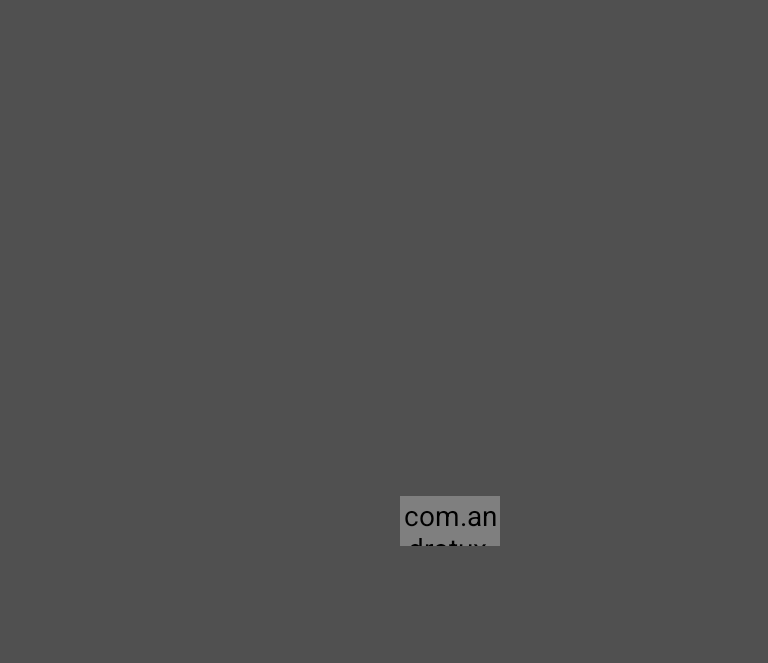
Repository: itayrom/androtux
Layout: app/AndroTux/res/layout/fragment_gamepad.xml
The author's editor kept a copy of each file at every save. The layout is drawn from the files as they stood at one save, then again after the next save.
The pictures show rows 617 to 1280 of an output 1280 px tall.
Pictures or frames that could not be fetched are drawn as grey boxes. It is drawn on a 768 x 1280 px phone screen (xhdpi) without system bars, with theme android:Theme.NoTitleBar.Fullscreen; the app's code is not run.

Above is the layout before, as saved 2014-09-09 13:48:28.

### app/AndroTux/res/layout/fragment_gamepad.xml
<LinearLayout xmlns:android="http://schemas.android.com/apk/res/android"
    xmlns:app="http://schemas.android.com/apk/res/com.androtux"
    android:layout_width="fill_parent"
    android:layout_height="fill_parent"
    android:background="#505050"
    android:baselineAligned="false"
    android:orientation="vertical">

    <LinearLayout
        android:layout_weight="0.15"
        android:layout_width="wrap_content"
        android:layout_height="wrap_content"
        android:orientation="horizontal">

        <com.androtux.ToggleButton
        android:id="@+id/tbWheel"
        android:layout_width="50dp"
        android:layout_height="50dp"
        app:offColor="#ff0000"
        app:onColor="#00ff00" />

    </LinearLayout>

    <LinearLayout
        android:layout_weight="0.70"
        android:layout_width="wrap_content"
        android:layout_height="wrap_content"
        android:orientation="horizontal">

	        <LinearLayout
	        android:layout_weight="0.30"
	        android:layout_width="0dp"
	        android:layout_height="wrap_content"
	        android:orientation="horizontal">

		        <com.androtux.TouchJoystick
		        android:id="@+id/touchJoystick1"
		        android:layout_width="200dp"
		        android:layout_height="200dp" />

	        </LinearLayout>

	        <LinearLayout
	        android:layout_weight="0.20"
	        android:layout_width="0dp"
	        android:layout_height="match_parent"
	        android:gravity="bottom"
	        android:orientation="horizontal">

	             <com.androtux.TouchKey
			        android:id="@+id/touchKey2"
			        android:layout_width="50dp"
			        android:layout_height="25dp"
			        android:layout_marginRight="16dp"
			        android:text="Select"
			        app:keycode="314"
			        app:keytype="g" />

            </LinearLayout>

	        <LinearLayout
	        android:layout_weight="0.50"
	        android:layout_width="0dp"
	        android:layout_height="wrap_content"
	        android:orientation="horizontal">

            </LinearLayout>

    </LinearLayout>

    <LinearLayout
        android:layout_weight="0.15"
        android:layout_width="wrap_content"
        android:layout_height="wrap_content"
        android:orientation="horizontal">

    </LinearLayout>
</LinearLayout>
<!--
<RelativeLayout xmlns:android="http://schemas.android.com/apk/res/android"
    xmlns:app="http://schemas.android.com/apk/res/com.androtux"
    android:layout_width="fill_parent"
    android:layout_height="fill_parent"
    android:background="#505050" >

    <com.androtux.TouchKey
        android:id="@+id/touchKey2"
        android:layout_width="50dp"
        android:layout_height="25dp"
        android:layout_alignTop="@+id/touchKey1"
        android:layout_marginRight="16dp"
        android:layout_toLeftOf="@+id/touchKey1"
        android:text="Select"
        app:keycode="314"
        app:keytype="g" />

    <com.androtux.TouchJoystick
        android:id="@+id/touchJoystick1"
        android:layout_width="200dp"
        android:layout_height="200dp"
        android:layout_centerVertical="true"
        android:layout_marginLeft="15dp"/>

    <com.androtux.GamepadTouchKey
        android:id="@+id/gamepadX"
        android:layout_width="75dp"
        android:layout_height="75dp"
        android:layout_alignTop="@+id/gamepadY"
        android:layout_toLeftOf="@+id/gamepadY"
        android:text="Y"
        app:color="#0000ff"
        app:keycode="137"
        app:keytype="g" />

    <com.androtux.GamepadTouchKey
        android:id="@+id/GamepadB"
        android:layout_width="75dp"
        android:layout_height="75dp"
        android:layout_below="@+id/gamepadY"
        android:layout_toRightOf="@+id/gamepadX"
        android:text="B"
        app:color="#ffff00"
        app:keycode="305"
        app:keytype="g" />

    <com.androtux.GamepadTouchKey
        android:id="@+id/GamepadA"
        android:layout_width="75dp"
        android:layout_height="75dp"
        android:layout_alignTop="@+id/GamepadB"
        android:layout_toLeftOf="@+id/GamepadB"
        android:text="A"
        app:color="#ff0000"
        app:keycode="304"
        app:keytype="g" />

    <com.androtux.TouchKey
        android:id="@+id/touchKey1"
        android:layout_width="50dp"
        android:layout_height="25dp"
        android:layout_alignBottom="@+id/touchJoystick1"
        android:layout_marginRight="16dp"
        android:layout_toLeftOf="@+id/GamepadA"
        android:text="Start"
        app:keycode="315"
        app:keytype="g" />

    <com.androtux.TouchKey
        android:id="@+id/TouchKey01"
        android:layout_width="60dp"
        android:layout_height="30dp"
        android:layout_alignTop="@+id/GamepadLeft"
        android:layout_toRightOf="@+id/touchKey1"
        android:text="Left"
        app:keycode="310"
        app:keytype="g" />

    <com.androtux.TouchKey
        android:id="@+id/GamepadLeft"
        android:layout_width="60dp"
        android:layout_height="30dp"
        android:layout_alignRight="@+id/gamepadY"
        android:layout_alignTop="@+id/touchJoystick1"
        android:text="Right"
        app:keycode="311"
        app:keytype="g" />

    <com.androtux.GamepadTouchKey
        android:id="@+id/gamepadY"
        android:layout_width="75dp"
        android:layout_height="75dp"
        android:layout_alignParentRight="true"
        android:layout_below="@+id/GamepadLeft"
        android:layout_marginRight="18dp"
        android:text="X"
        app:keycode="138"
        app:keytype="g"
        app:color="#00ff00" />

    <com.androtux.WheelToggleButton
        android:id="@+id/wheelToggleButton1"
        android:layout_width="75dp"
        android:layout_height="75dp"
        android:layout_alignParentTop="true"
        android:layout_alignRight="@+id/touchKey2"
        android:layout_marginTop="36dp" />

</RelativeLayout>
-->

After the next save:
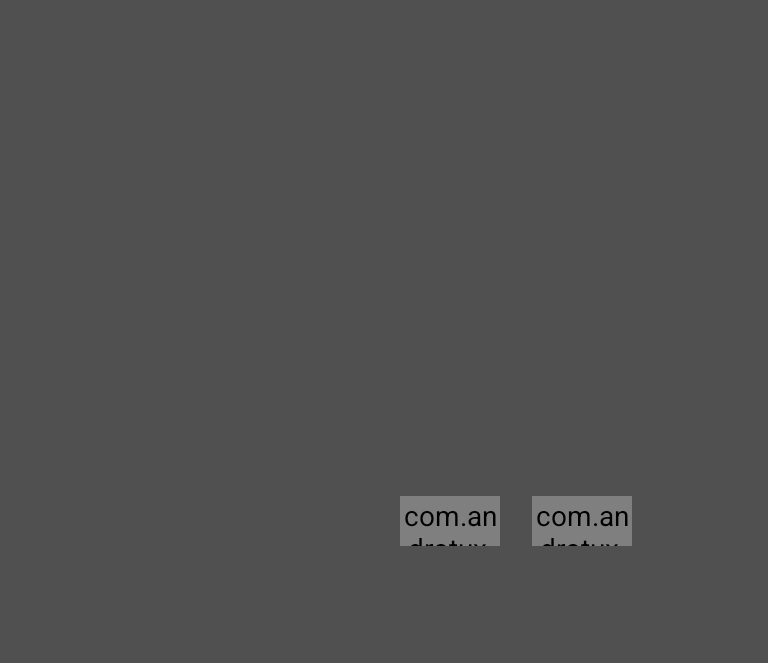
Saved 6 s later.
--- a/app/AndroTux/res/layout/fragment_gamepad.xml
+++ b/app/AndroTux/res/layout/fragment_gamepad.xml
@@ -46,6 +46,15 @@
 	        android:layout_height="match_parent"
 	        android:gravity="bottom"
 	        android:orientation="horizontal">
+
+	            <com.androtux.TouchKey
+		            android:id="@+id/touchKey1"
+		            android:layout_width="50dp"
+		            android:layout_height="25dp"
+		            android:layout_marginRight="16dp"
+		            android:text="Start"
+		            app:keycode="315"
+		            app:keytype="g" />
 
 	             <com.androtux.TouchKey
 			        android:id="@+id/touchKey2"
